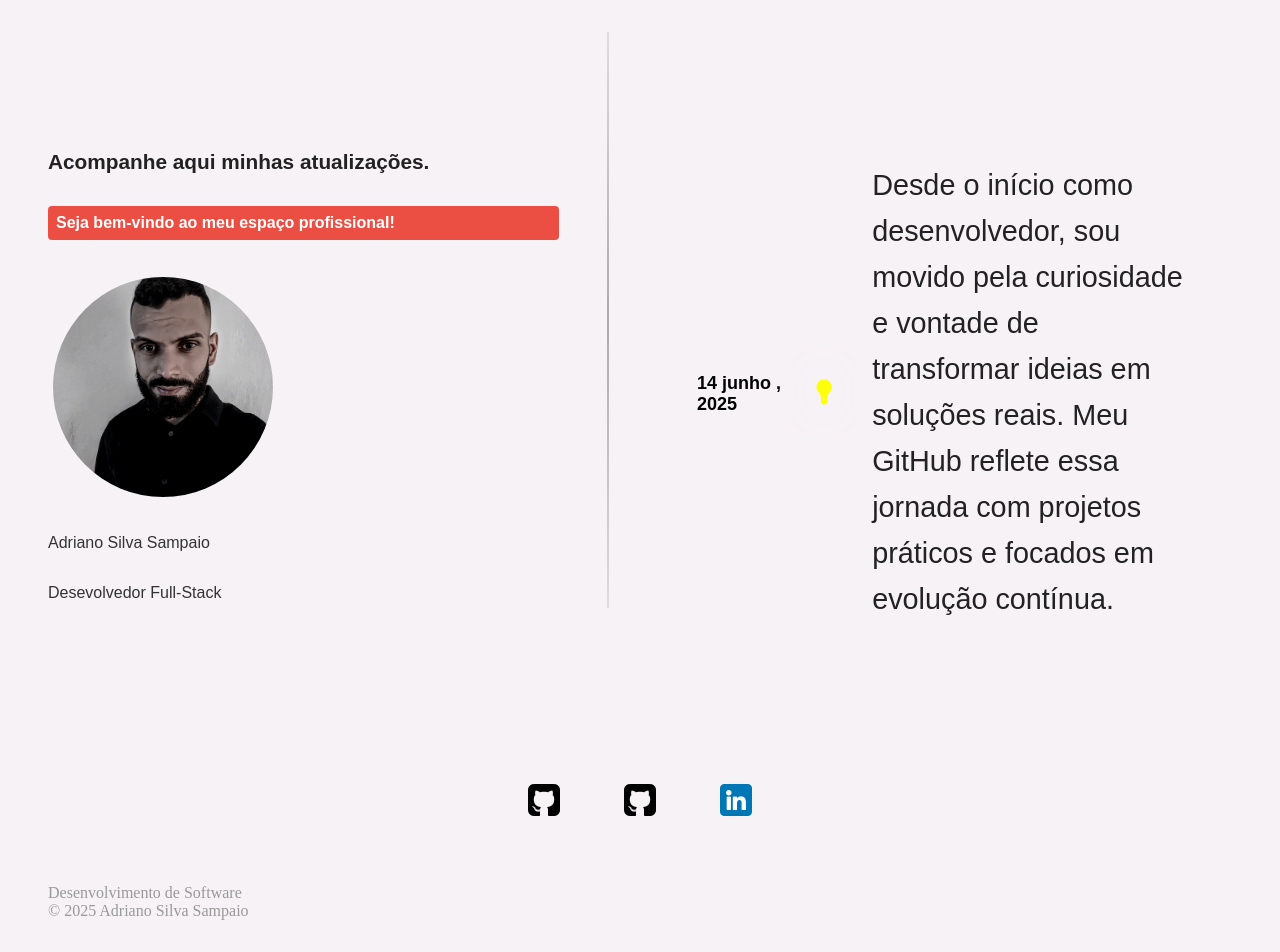
Repository: umdevadriano/portifolio2025
Page: /
The author's editor kept a copy of each file at every save. The page is drawn from the files as they stood at one save, then again after the next save.
The browser window is 1280 px wide. The pictures show the whole page.
The project was rebuilt for these pictures with package versions that can differ from the ones it lists, and the page was loaded fresh each time. Also part of the build but not shown: vite.config.ts.

Above is the page before, as saved 2025-06-29 21:32:51.

### index.html
<!doctype html>
<html lang="en">
  <head>
    <meta charset="UTF-8" />
    <!-- <link rel="icon" type="image/svg+xml" href="/vite.svg" /> -->
    <meta name="viewport" content="width=device-width, initial-scale=1.0" />
    <title>Adriano Silva Sampaio </title>
  </head>
  <body>
    <div id="root"></div>
    <script type="module" src="/src/main.tsx"></script>
  </body>
</html>

### src/App.tsx
import './App.css'
import ContainerPrincipal from './componentes/containerPrincipal/ContainerPrincipal'
function App() {
  return (
    <>
      <ContainerPrincipal/>
    </>
  )
}

export default App

### src/componentes/containerPrincipal/ContainerPrincipal.tsx
import styled, { createGlobalStyle } from 'styled-components';
import Body from '../Body/Body';
import Footer from '../Footer/Footer';
import RedesSociais from '../redesSociais/redesSociais';
import github from '../redesSociais/github.png';
import linkedin from '../redesSociais/linkedin.png';
// import ProfessionalStory from '../ProfessionalStory/ProfessionalStory';

const data = new Date();
const ano = data.getFullYear();
function ContainerPrincipal() {

  const redes = [
    { src: github, link: 'https://github.com/adrianodisam' },
    { src: github, link: 'https://github.com/umdevadriano' },
    { src: linkedin, link: 'https://www.linkedin.com/in/adriano-silva-sampaio/' }
  ];
  const GlobalStyle = createGlobalStyle`
    *, *::before, *::after {
    box-sizing: border-box;
    background-color: #f7f2f6;
    margin: 1rem;
  }

    html, body {
      margin: 0;
      padding: 0;
      overflow-x: hidden;
      width: 100%;
    }
  `;

  const Principal = styled.div`
    display: flex;
    justify-content: center;
    width: 100%;
    height: 100vh;
    font-family: 'Arial', sans-serif;
    overflow: hidden;
    margin: 0;
    padding: 0;

    @media (max-width: 768px) {
      display: flex;
      flex-direction: column;
      justify-items: center;
      justify-content: center;
      align-items: center;
    }


  `;
  return (
    <>
      <GlobalStyle />
      <Principal>
        <Body/>
      </Principal>
      <RedesSociais redes={redes}/>
      {/* <ProfessionalStory/> */}
      <Footer>Desenvolvimento de Software<br />© {ano} Adriano Silva Sampaio</Footer>
    </>
  )
}
export default ContainerPrincipal

### src/componentes/Body/Body.tsx
import Principal from '../Principal/Principal';
import Title from '../Title/Title';
import Banner from '../Banner/Banner';
import ProfileWrapper from '../ProfileWrapper/ProfileWrapper';
import Profile from '../Profile/Profile';
import Role from '../Role/Role';
import Divider from '../Divider/Divider';
import RightSide from '../RightSide/RightSide';
import DateComponente from '../DateComponente/DateComponente';
import EmDesenvolvimento from '../EmDesenvolvimentoWrapper/EmDesenvolvimentoWrapper ';
import LampadaAnimada from '../LampadaAnimada/LampadaAnimada';
import TextoSimples from '../TextoSimples/TextoSimples';
const data = new Date();
const dia = String(data.getDate()).padStart(2, '0');
const mes = data.toLocaleString('pt-BR', { month: 'long' });
const ano = data.getFullYear();

function Cabecalho() {
  return (
    <>
      <Principal>
        <Title>Acompanhe aqui minhas atualizações.</Title>
        <Banner>Seja bem-vindo ao meu espaço profissional!</Banner>
        <ProfileWrapper>
          <Profile/>
        </ProfileWrapper>
        <Role> Adriano Silva Sampaio</Role>
        <Role> Desevolvedor  Full-Stack </Role>
      </Principal>
      <Divider />
      <RightSide>
        <DateComponente>{dia}  {mes} , {ano} </DateComponente>
        <LampadaAnimada/>
         <TextoSimples/>
        {/* <EmDesenvolvimento/> */}
      </RightSide>
    </>
  )
}
export default Cabecalho

### src/componentes/Footer/Footer.tsx
import styled from 'styled-components';

type Props = {
  children: React.ReactNode;
};

function Footer({ children }: Props){

    const FooterP = styled.p`
        font-size: 1rem;
        color: #999;
        /* margin-top: auto; */
    `;
    const FooterDiv = styled.div`
       display: flex;
       justify-content: left;
       align-items: center;
    `;
    return (
        <>
            <FooterDiv>
                <FooterP>{children}</FooterP>
            </FooterDiv>
        </>
    )
}

export default Footer

### src/componentes/redesSociais/redesSociais.tsx
import styled from 'styled-components';

type RedeSocial = {
  src: string;
  link: string;
};

type Props = {
  redes: RedeSocial[];
};

const RedesSociaisDiv = styled.div`
  flex: 1;
  display: flex;
  justify-content: center;
  align-items: center;

  img {
    width: 2rem;
    height: 2rem;
    object-fit: contain;
    transition: transform 0.2s;
  }

  a:hover img {
    transform: scale(1.1);
  }
`;

function RedesSociais({ redes }: Props) {
  return (
    <RedesSociaisDiv>
      {redes.map((rede, index) => (
        <a
          key={index}
          href={rede.link}
          target="_blank"
          rel="noopener noreferrer"
        >
          <img src={rede.src} alt={`Ícone ${index + 1}`} />
        </a>
      ))}
    </RedesSociaisDiv>
  );
}

export default RedesSociais;

### src/componentes/Principal/Principal.tsx
import styled from 'styled-components';

type Props = {
  children: React.ReactNode;
};

function Principal({ children }: Props){

    const Principal_div = styled.div`
        flex: 1;
        display: flex;
        flex-direction: column;
        justify-content: center;
    `;
    return (
        <>
        <Principal_div>  {children}</Principal_div>
        </>
    )
}

export default Principal

### src/componentes/Title/Title.tsx
import styled from 'styled-components';

type Props = {
  children: React.ReactNode;
};

function Title({ children }: Props){

    const TitleH2 = styled.h2`
        font-size: 1.3rem;
        margin-bottom: 1rem;
        color: #222;

        @media (max-width: 768px) {
          margin-top: 5rem;
        }
  `;
    return (
        <>
        <TitleH2>{children}</TitleH2>
        </>
    )
}

export default Title

### src/componentes/Banner/Banner.tsx
import styled from 'styled-components';

type Props = {
  children: React.ReactNode;
};

function Banner({ children }: Props){

    const BannerDiv = styled.div`
        background-color: #eb4f44;
        color: white;
        padding: 0.5rem;
        font-weight: bold;
        font-size: 16px;
        display: inline-block;
        border-radius: 4px;
    `;
    return (
        <>
        <BannerDiv>{children}</BannerDiv>
        </>
    )
}

export default Banner

### src/componentes/ProfileWrapper/ProfileWrapper.tsx
import styled from 'styled-components';

type Props = {
  children: React.ReactNode;
};

function ProfileWrapper({ children }: Props){

  // Wrapper da imagem com efeito de borda girando
  const ProfileWrapperDiv = styled.div`
    position: relative;
    width: 230px;
    height: 230px;
    display: flex;
    align-items: center;
    margin-top:1rem;
    justify-content: center;
  `;

    return (
        <>
        <ProfileWrapperDiv>{children}</ProfileWrapperDiv>
        </>
    )
}

export default ProfileWrapper

### src/componentes/Profile/Profile.tsx
import styled from 'styled-components';
import foto from '../assets/foto2.png'

function Profile(){

    const ProfileImg = styled.img`
        width: 220px;
        height: 220px;
        border-radius: 50%;
        object-fit: cover;
        background-color: white;
        z-index: 1;
        filter: grayscale(60%) contrast(110%);
        @media (max-width: 768px) {
            width: 200px;
            height: 200px;
        }
        @media (max-width: 480px) {
            width: 200px;
            height: 200px;
        }
    `;
    return (
        <>
        <ProfileImg src={foto} alt="Foto de perfil"></ProfileImg>
        </>
    )
}

export default Profile

### src/componentes/Role/Role.tsx
import styled from 'styled-components';

type Props = {
  children: React.ReactNode;
};

function Role({ children }: Props){
    const RoleP = styled.p`
        font-size: 16px;
        font-weight: 500;
        color: #333;
    `;
    return (
        <>
        <RoleP>{children}</RoleP>
        </>
    )
}
export default Role

### src/componentes/Divider/Divider.tsx
import styled from 'styled-components';

function Divider(){

    const DividerDiv = styled.div`
        width: 2px;
        height: 80%;
        background: linear-gradient(
            to bottom,
            rgba(0, 0, 0, 0.1),
            rgba(0, 0, 0, 0.3),
            rgba(0, 0, 0, 0.1)
        );
        border-radius: 1px;
        position: relative;
        overflow: hidden;
        &::after {
            content: "";
            position: absolute;
            top: 0;
            left: 0;
            width: 100%;
            height: 100%;
            background: linear-gradient(
                to bottom,
                transparent 40%,
                rgba(255, 255, 255, 0.7) 50%,
                transparent 60%
            );
                animation: shine 3.8s linear infinite;
                pointer-events: none;
         }

        @keyframes shine {
            0% {
            transform: translateY(-100%);
            }
            100% {
            transform: translateY(100%);
            }
        }
    `;
    return (
        <>
        <DividerDiv></DividerDiv>
        </>
    )
}

export default Divider

### src/componentes/RightSide/RightSide.tsx
import styled from 'styled-components';
type Props = {
  children: React.ReactNode;
};

function RightSide({ children }: Props){
    const RightSideDiv = styled.div`
        flex: 1;
        padding: 2rem;
        display: flex;
        width: 100%;
        height: 100%;
        /* flex-direction: column; */
        justify-content: center;
        align-items: center;
    `;

    return (
        <>
        <RightSideDiv>{children}</RightSideDiv>
        </>
    )
}

export default RightSide

### src/componentes/DateComponente/DateComponente.tsx
import styled from 'styled-components';
type Props = {
  children: React.ReactNode;
};
function Date({ children }: Props){
    const DateP = styled.p`
        font-size: 18px;
        font-weight: bold;
        margin-bottom: 12px;
        padding: 0.5rem;
    `;
    return (
        <>
        <DateP>{children}</DateP>
        </>
    )
}
export default Date

### src/componentes/LampadaAnimada/LampadaAnimada.tsx
import React from "react";
import styled, { keyframes } from "styled-components";

interface LuzProps {
  className?: string;
}

const glowAnimation = keyframes`
  0%, 100% {
    filter: url(#glow);
    opacity: 0.5;
  }
  50% {
    filter: url(#glow);
    opacity: 1;
  }
`;

const SvgLamp = styled.svg`
  width: 3rem;
  height: 3rem;
  cursor: pointer;
  display: block;
  margin: 0 auto;
  animation: ${glowAnimation} 4s ease-in-out infinite;
  background-color: #f7f2f6;

  .st0 {
   fill:#ffff00;
     stroke-width: 10;
  }
  .st1 {
     stroke: #ffff00;
    stroke-width: 10;
    fill: none;
    transition: stroke 0.3s ease;
  }
`;

const LampadaAnimada: React.FC<LuzProps> = ({ className }) => {
  return (
    <SvgLamp
      xmlns="http://www.w3.org/2000/svg"
      viewBox="0 0 1920 1920"
      className={className}
    >
      <defs>
        <filter id="glow" height="200%" width="200%" x="-50%" y="-50%">
          <feDropShadow
            dx="0"
            dy="0"
            stdDeviation="20"
            floodColor="#f7f2f6"
            floodOpacity="0.7"
          />
        </filter>
      </defs>

      <path
        className="st0"
        d="M1407.3 664.2c0 73.7-17.8 143.3-49.4 204.6-31.6 61.3-76.9 114.4-131.9 155.1 0 0-78 193.7-78 344.1H772.1c0-75.2-19.5-161.2-39-228.4-19.5-67.2-39-115.6-39-115.6-110-81.5-181.4-212.3-181.4-359.7C512.7 417.3 713 217 960 217s447.3 200.2 447.3 447.2z"
      />
      <path
        className="st0"
        d="M1057.3 1615.8v23.7c0 35-28.6 63.6-63.6 63.6h-67.5c-35 0-63.6-28.6-63.6-63.6v-23.7h194.7zm-285.2-82.6v82.6h375.4v-82.6H772.1zm0-82.6v82.6h375.3v-82.6H772.1zM960 1368H772.1v82.6h375.3V1368H960z"
      />
      <g>
        <g>
          <path
            className="st1"
            d="M1147.5 1368h.4c0-150.3 78-344.1 78-344.1 55-40.7 100.4-93.8 131.9-155.1 31.6-61.3 49.4-130.9 49.4-204.6 0-247-200.3-447.3-447.3-447.3S512.7 417.2 512.7 664.2c0 147.4 71.3 278.2 181.4 359.7 0 0 19.5 48.4 39 115.6 19.5 67.2 39 153.2 39 228.4h375.4z"
          />
          <path className="st1" d="M772.1 1368v247.8h375.4V1368" />
          <path className="st1" d="M772.1 1450.6h375.4" />
          <path className="st1" d="M772.1 1533.2h375.4" />
          <path
            className="st1"
            d="M862.7 1615.8v23.7c0 35 28.6 63.6 63.6 63.6h67.5c35 0 63.6-28.6 63.6-63.6v-23.7"
          />
          <path className="st1" d="M267.3 722.8h96" />
          <path className="st1" d="M498.3 1052.8l-160.5 160.5" />
          <path className="st1" d="M448.8 341.8L315.3 208.2" />
          <path className="st1" d="M1652.7 722.8h-96" />
          <path className="st1" d="M1421.7 1052.8l160.5 160.5" />
          <path className="st1" d="M1471.2 341.8l133.5-133.6" />
        </g>
      </g>
    </SvgLamp>
  );
};

export default LampadaAnimada;

### src/componentes/TextoSimples/TextoSimples.tsx
import styled from 'styled-components';

const Container = styled.div`
  width: 100%;
  max-width: 900px;
  margin: 40px auto;
  padding: 16px;
  box-sizing: border-box;

  @media (max-width: 600px) {
    padding: 12px;
  }
`;

const Titulo = styled.h1`
  font-size: 1.8rem;
  font-weight: 500;
  color: #222;
  line-height: 1.6;
  word-break: break-word;
  white-space: normal;

  @media (max-width: 600px) {
    font-size: 1.3rem;
  }
`;

const texto = `Desde o início como desenvolvedor, sou movido pela curiosidade e vontade de transformar ideias em soluções reais. Meu GitHub reflete essa jornada com projetos práticos e focados em evolução contínua.`;

export default function TextoSimples() {
  return (
    <Container>
      <Titulo>{texto}</Titulo>
    </Container>
  );
}

Loaded but not shown: src/main.tsx (common file); src/App.css (no stored copy; drawn as an empty file); src/index.css (no stored copy; drawn as an empty file)

After the next save:
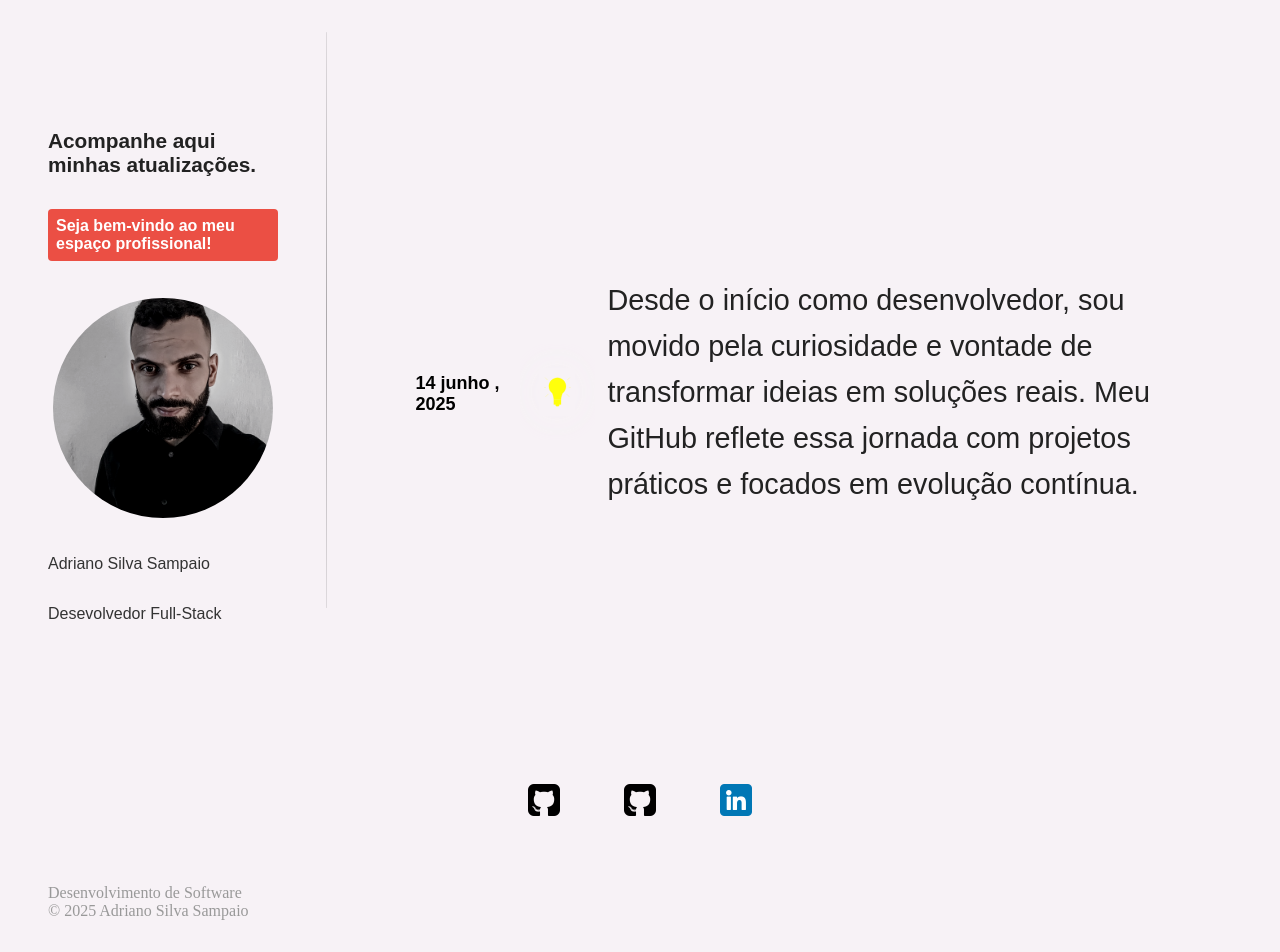
Saved 28 s later.
--- a/src/componentes/RightSide/RightSide.tsx
+++ b/src/componentes/RightSide/RightSide.tsx
@@ -5,7 +5,7 @@ type Props = {
 
 function RightSide({ children }: Props){
     const RightSideDiv = styled.div`
-        flex: 1;
+        /* flex: 1; */
         padding: 2rem;
         display: flex;
         width: 100%;
